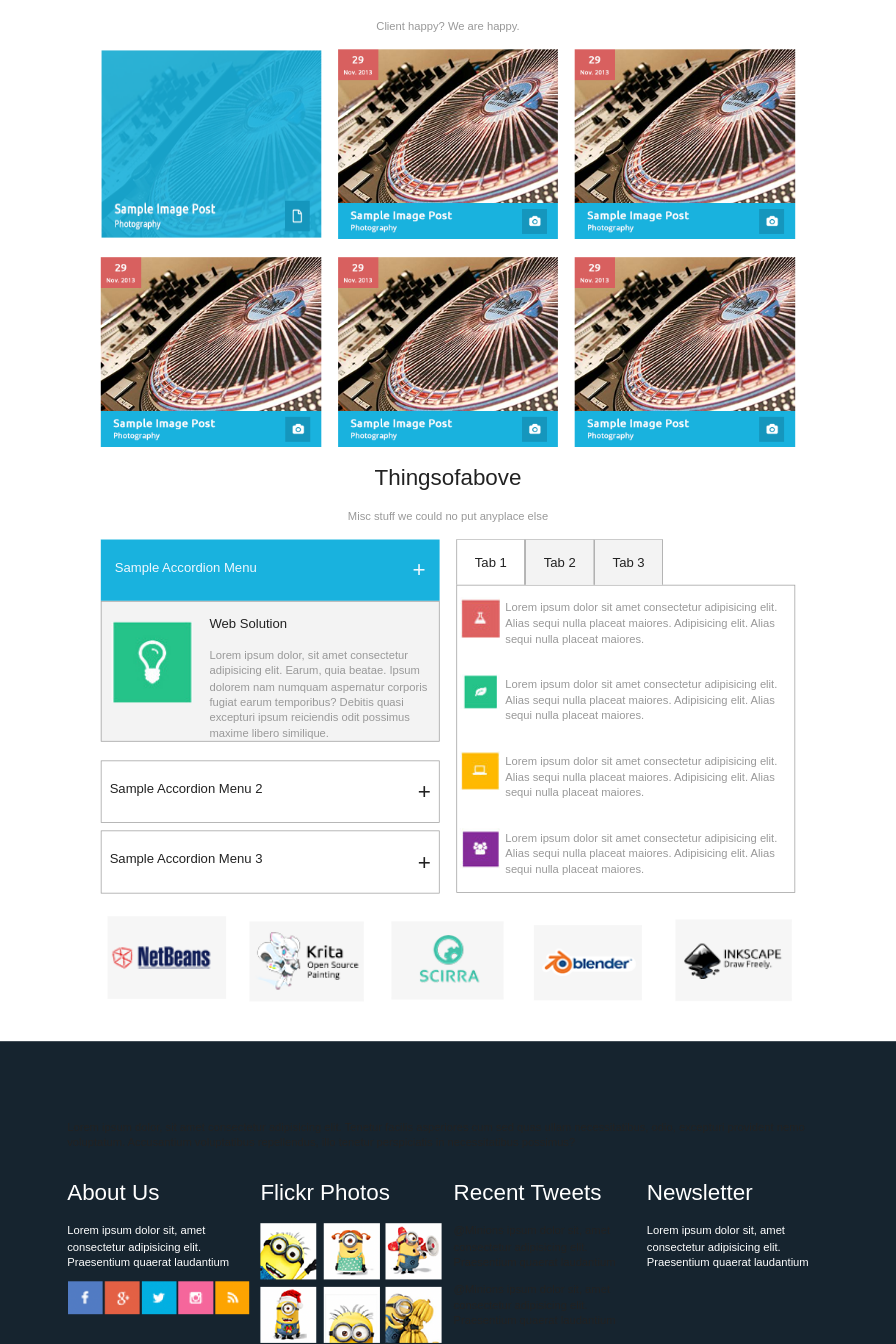
Repository: anoncoderin/madhu_kushal_html_layout
Page: metrosite_week4hw/index.html
These files come from the project's save history. The page is drawn as it stood at one moment and after the next save; the edit follows.
The browser window is 1280 px wide. The pictures show the part of the page from y = 1739 to 3659 px (the page is 3753 px tall), at 70% of full size.

Above is the page before, as saved 2023-02-04 20:44:34.

After the next save:
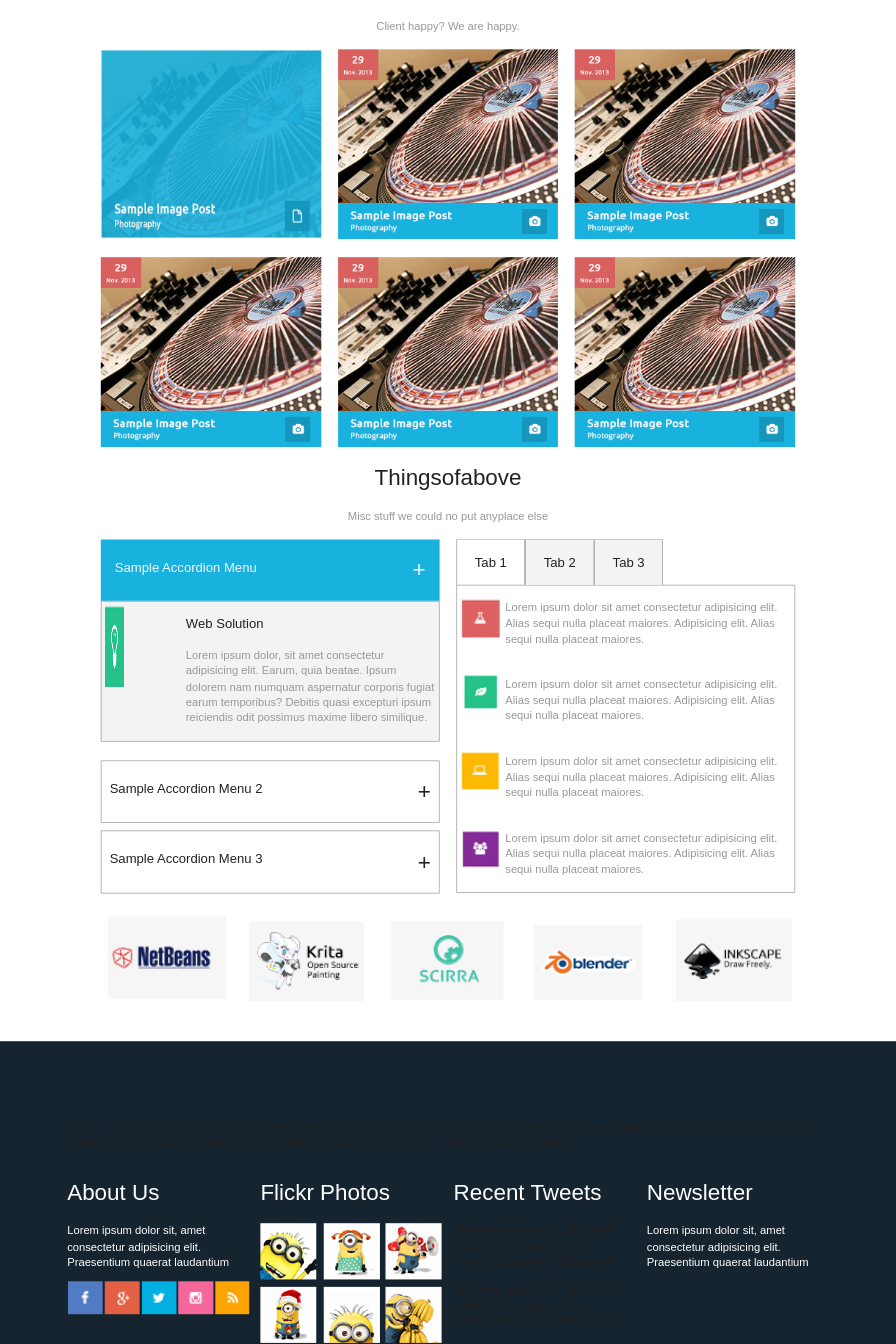
Saved 3 min 23 s later.
--- a/metrosite_week4hw/css/main.css
+++ b/metrosite_week4hw/css/main.css
@@ -192,8 +192,8 @@
 }
 
 .sampleaccord {
-  display: flex;
-  gap: 5%;
+  grid-template-columns: 1fr 3fr;
+  display: grid;
 }
 
 .tabs {
